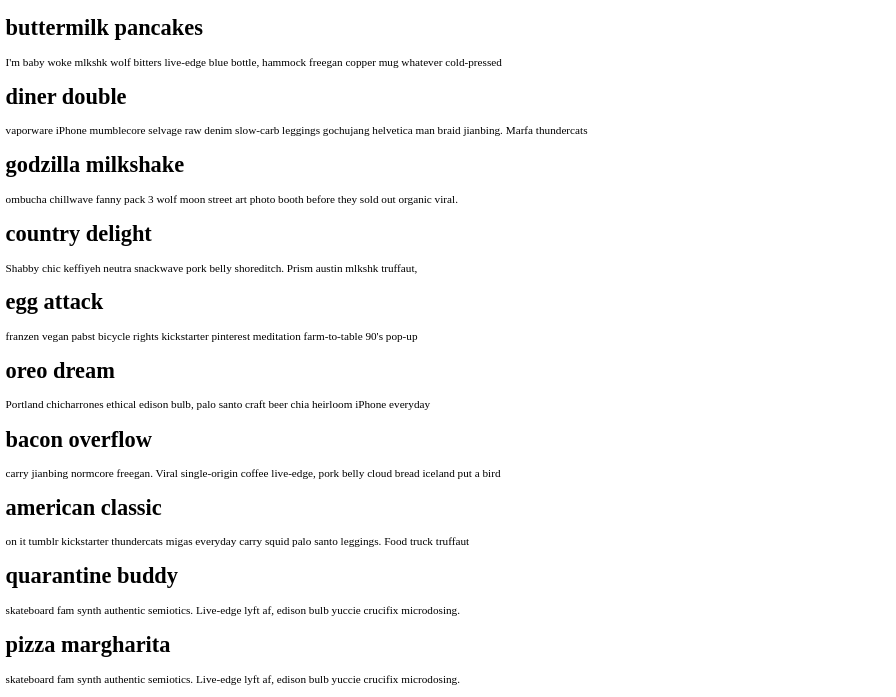
Repository: gligor99/menu-ts-react
Page: /
These files come from the project's save history. The page is drawn as it stood at one moment and after the next save; the edit follows.
The browser window is 1280 px wide. The pictures show the part of the page from y = 0 to 1920 px (the page is 995 px tall before and 7251 px after), at 70% of full size.
The project was rebuilt for these pictures with package versions that can differ from the ones it lists, and the page was loaded fresh each time.

Above is the page before, as saved 2021-11-24 22:47:22.

### src/App.tsx
import { useState } from "react";
import Menu from "./components/Menu";
import items from "./data";

export type ItemsProps = {
  id: number;
  title: string;
  category: string;
  price: number;
  img: string;
  desc: string;
};

function App() {
  const [menuItems, setMenuItems] = useState<ItemsProps[]>(items);

  return (
    <div className="App">
      <Menu items={menuItems} />
    </div>
  );
}

export default App;

### src/components/Menu.tsx
import { ItemsProps } from "../App";

type Props = {
  items: ItemsProps[];
};

const Menu: React.FC<Props> = ({ items }) => {
  console.log(items);

  return (
    <div className="section-center">
      {items.map((item) => {
        return (
          <div className="menu-item">
            <h1>{item.title}</h1>
            <p>{item.desc}</p>
          </div>
        );
      })}
    </div>
  );
};

export default Menu;

### src/data.ts
const menu = [
    {
      id: 1,
      title: 'buttermilk pancakes',
      category: 'breakfast',
      price: 15.99,
      img: './images/item-1.jpeg',
      desc: `I'm baby woke mlkshk wolf bitters live-edge blue bottle, hammock freegan copper mug whatever cold-pressed `,
    },
    {
      id: 2,
      title: 'diner double',
      category: 'lunch',
      price: 13.99,
      img: './images/item-2.jpeg',
      desc: `vaporware iPhone mumblecore selvage raw denim slow-carb leggings gochujang helvetica man braid jianbing. Marfa thundercats `,
    },
    {
      id: 3,
      title: 'godzilla milkshake',
      category: 'shakes',
      price: 6.99,
      img: './images/item-3.jpeg',
      desc: `ombucha chillwave fanny pack 3 wolf moon street art photo booth before they sold out organic viral.`,
    },
    {
      id: 4,
      title: 'country delight',
      category: 'breakfast',
      price: 20.99,
      img: './images/item-4.jpeg',
      desc: `Shabby chic keffiyeh neutra snackwave pork belly shoreditch. Prism austin mlkshk truffaut, `,
    },
    {
      id: 5,
      title: 'egg attack',
      category: 'lunch',
      price: 22.99,
      img: './images/item-5.jpeg',
      desc: `franzen vegan pabst bicycle rights kickstarter pinterest meditation farm-to-table 90's pop-up `,
    },
    {
      id: 6,
      title: 'oreo dream',
      category: 'shakes',
      price: 18.99,
      img: './images/item-6.jpeg',
      desc: `Portland chicharrones ethical edison bulb, palo santo craft beer chia heirloom iPhone everyday`,
    },
    {
      id: 7,
      title: 'bacon overflow',
      category: 'breakfast',
      price: 8.99,
      img: './images/item-7.jpeg',
      desc: `carry jianbing normcore freegan. Viral single-origin coffee live-edge, pork belly cloud bread iceland put a bird `,
    },
    {
      id: 8,
      title: 'american classic',
      category: 'lunch',
      price: 12.99,
      img: './images/item-8.jpeg',
      desc: `on it tumblr kickstarter thundercats migas everyday carry squid palo santo leggings. Food truck truffaut  `,
    },
    {
      id: 9,
      title: 'quarantine buddy',
      category: 'shakes',
      price: 16.99,
      img: './images/item-9.jpeg',
      desc: `skateboard fam synth authentic semiotics. Live-edge lyft af, edison bulb yuccie crucifix microdosing.`,
    },
    {
      id: 10,
      title: 'pizza margharita',
      category: 'dinner',
      price: 16.99,
      img: './images/item-9.jpeg',
      desc: `skateboard fam synth authentic semiotics. Live-edge lyft af, edison bulb yuccie crucifix microdosing.`,
    },


  ];
  export default menu;

Loaded but not shown: public/index.html (common file); src/index.tsx (common file)

After the next save:
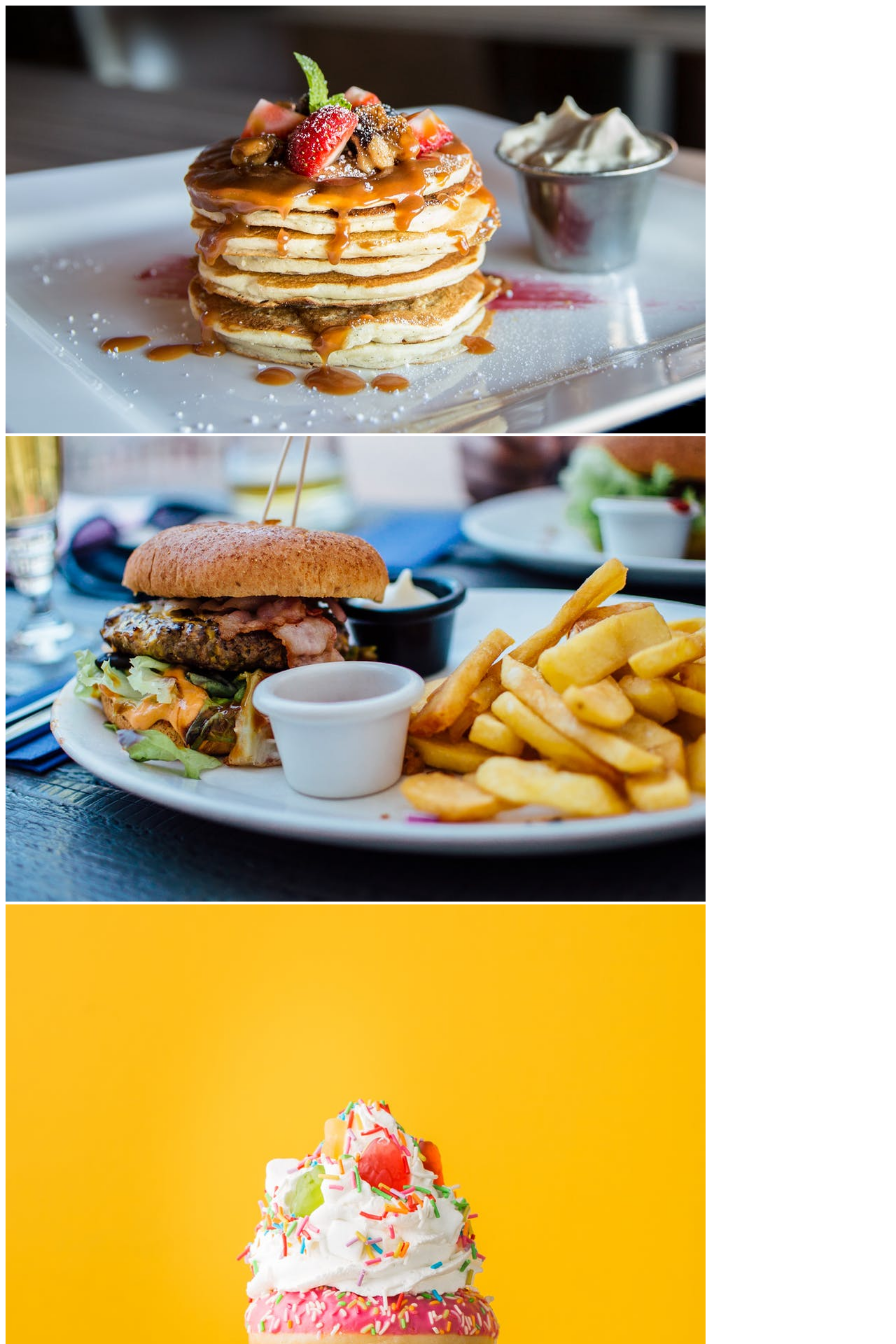
Saved 30 s later.
--- a/src/components/Menu.tsx
+++ b/src/components/Menu.tsx
@@ -12,8 +12,7 @@ const Menu: React.FC<Props> = ({ items }) => {
       {items.map((item) => {
         return (
           <div className="menu-item">
-            <h1>{item.title}</h1>
-            <p>{item.desc}</p>
+            <img src={item.img} alt={item.title} />
           </div>
         );
       })}
